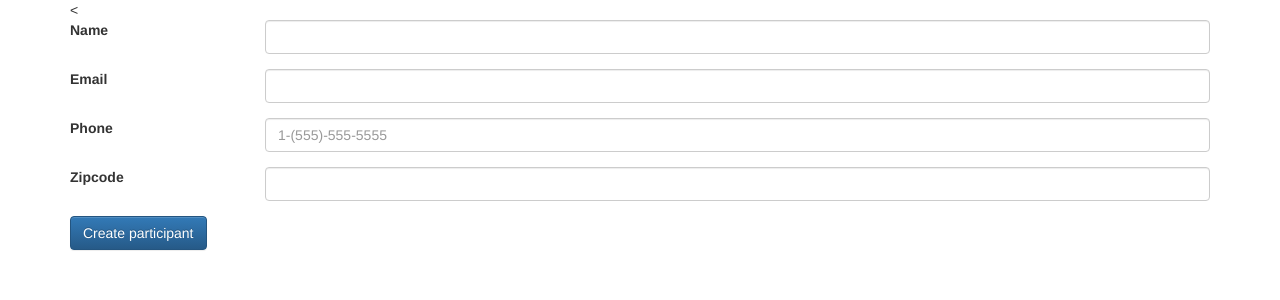
Repository: afan31/Event-Management-System
Page: http://localhost/eventManagmentSystem/createParticipant
These files come from the project's save history. The page is drawn as it stood at one moment and after the next save; the edit follows.
The browser window is 1280 px wide. The pictures show the whole page.
The page is served by Tomcat 9.

Above is the page before, as saved 2016-11-19 05:07:25.
Console error (its wording comes from the project's code and is left out).

After the next save:
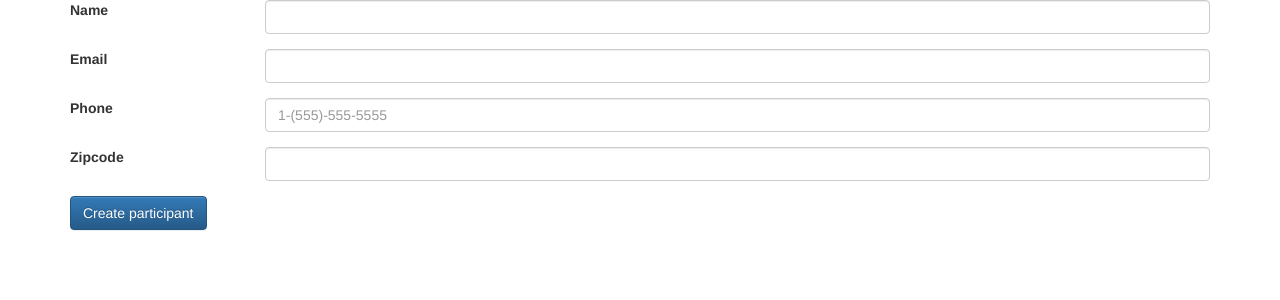
Saved 46 s later.
--- a/eventManagmentSystem/WebContent/WEB-INF/jsps/createParticipant.jsp
+++ b/eventManagmentSystem/WebContent/WEB-INF/jsps/createParticipant.jsp
@@ -27,7 +27,7 @@
 		<form method="post"
 			action="${pageContext.request.contextPath}/docreate">
 			<div class="form-group">
-				<
+
 				<!-- table class="table">
 	<tr>
 		<td><label for="name">Name: </label></td><td><input name="name" type="text"/></td>
